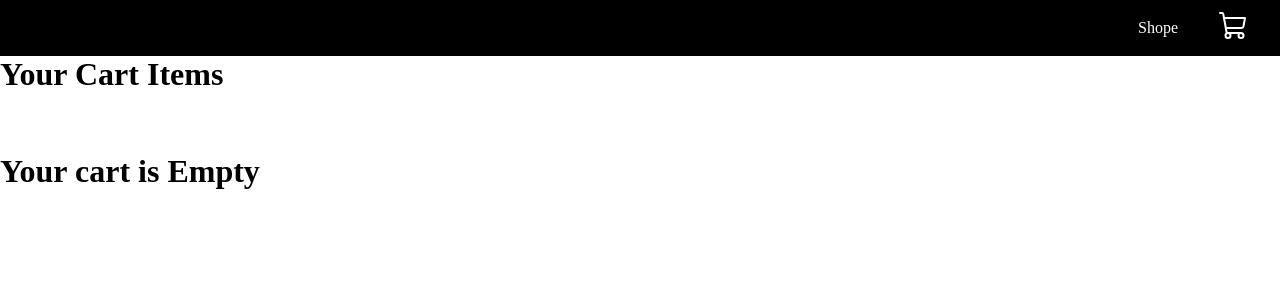
Repository: albinsabu2023/e-commerce-frontend
Page: /cart
These files come from the project's save history. The page is drawn as it stood at one moment and after the next save; the edit follows.
The browser window is 1280 px wide. The pictures show the whole page.
The project was rebuilt for these pictures with package versions that can differ from the ones it lists, and the page was loaded fresh each time. Also part of the build but not shown: src/components/pages/Cart/CartItem.css, src/components/pages/Cart/CartCard.jsx, src/Product.css, src/components/Product.jsx, src/components/pages/Shop/Shop.css, src/components/pages/Shop/Shop.jsx.

Above is the page before, as saved 2024-02-11 01:02:11.

After the next save:
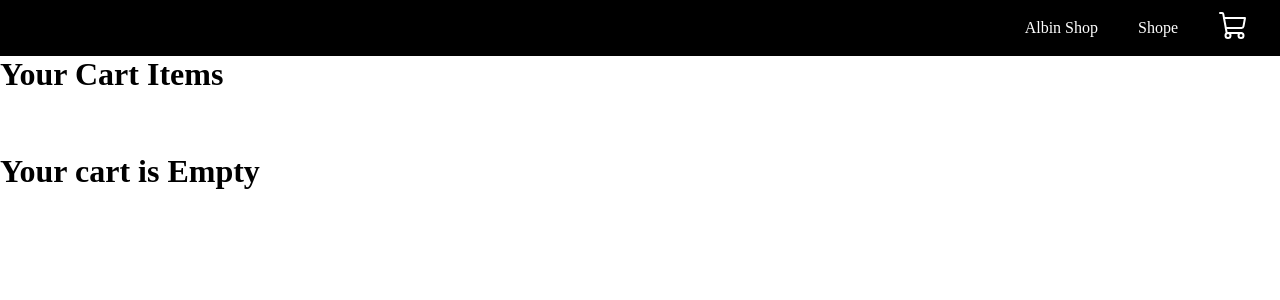
Saved 76 s later.
--- a/src/components/Navbar.js
+++ b/src/components/Navbar.js
@@ -5,6 +5,7 @@
 function Navbar() {
   return (
     <div className="NavBar">
+      <Link to="/">Albin Shop</Link>
       <Link to="/">Shope</Link>
       <Link to="/cart">
         <ShoppingCart size={32} />
